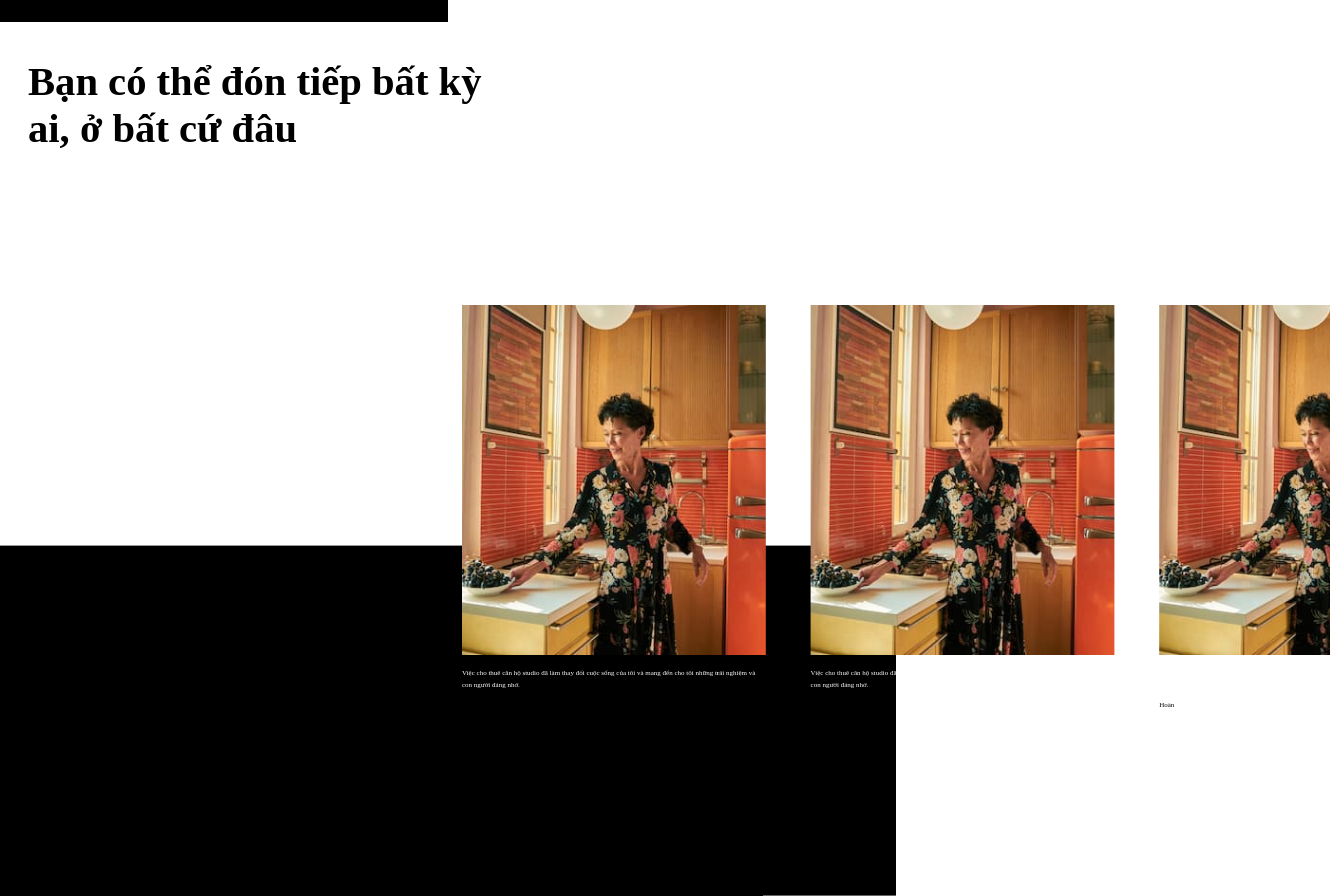
Repository: HoanTiny/AirbnbClone
Page: page3.html
An editor plug-in stored every save of this project. The page is shown before and after the next save, followed by the edit.
The browser window is 1280 px wide. The page is 1900 px wide, so the pictures cover 1900 px, including what lies to the right of the window. The pictures show the part of the page from y = 688 to 1968 px (the page is 1968 px tall), at 70% of full size.
Pictures or frames that could not be fetched are drawn as grey boxes.

Above is the page before, as saved 2021-09-13 11:26:02.

### page3.html
<!DOCTYPE html>
<html lang="en">
    <head>
        <meta charset="UTF-8" />
        <meta http-equiv="X-UA-Compatible" content="IE=edge" />
        <meta name="viewport" content="width=device-width, initial-scale=1.0" />
        <link rel="stylesheet" href="./acess/css/mainpage3.css" />
        <link rel="stylesheet" href="./acess/css/gird.css" />
        <link rel="stylesheet" href="./acess/css/base.css" />
        <link rel="stylesheet" href="./acess/css/reponsive.css" />
        <link
            rel="stylesheet"
            href="./acess/font/fontawesome-free-5.15.3-web/css/all.min.css"
        />
        <title>Cho thuê nhà</title>
    </head>
    <body>
        <div class="app-p3">
            <div class="banner">
                <div class="banner__left">
                    <div class="banner__left-img">
                        <svg
                            width="30"
                            height="32"
                            fill="currentcolor"
                            color="#fff"
                            style="display: block"
                        >
                            <path
                                d="M29.24 22.68c-.16-.39-.31-.8-.47-1.15l-.74-1.67-.03-.03c-2.2-4.8-4.55-9.68-7.04-14.48l-.1-.2c-.25-.47-.5-.99-.76-1.47-.32-.57-.63-1.18-1.14-1.76a5.3 5.3 0 00-8.2 0c-.47.58-.82 1.19-1.14 1.76-.25.52-.5 1.03-.76 1.5l-.1.2c-2.45 4.8-4.84 9.68-7.04 14.48l-.06.06c-.22.52-.48 1.06-.73 1.64-.16.35-.32.73-.48 1.15a6.8 6.8 0 007.2 9.23 8.38 8.38 0 003.18-1.1c1.3-.73 2.55-1.79 3.95-3.32 1.4 1.53 2.68 2.59 3.95 3.33A8.38 8.38 0 0022.75 32a6.79 6.79 0 006.75-5.83 5.94 5.94 0 00-.26-3.5zm-14.36 1.66c-1.72-2.2-2.84-4.22-3.22-5.95a5.2 5.2 0 01-.1-1.96c.07-.51.26-.96.52-1.34.6-.87 1.65-1.41 2.8-1.41a3.3 3.3 0 012.8 1.4c.26.4.45.84.51 1.35.1.58.06 1.25-.1 1.96-.38 1.7-1.5 3.74-3.21 5.95zm12.74 1.48a4.76 4.76 0 01-2.9 3.75c-.76.32-1.6.41-2.42.32-.8-.1-1.6-.36-2.42-.84a15.64 15.64 0 01-3.63-3.1c2.1-2.6 3.37-4.97 3.85-7.08.23-1 .26-1.9.16-2.73a5.53 5.53 0 00-.86-2.2 5.36 5.36 0 00-4.49-2.28c-1.85 0-3.5.86-4.5 2.27a5.18 5.18 0 00-.85 2.21c-.13.84-.1 1.77.16 2.73.48 2.11 1.78 4.51 3.85 7.1a14.33 14.33 0 01-3.63 3.12c-.83.48-1.62.73-2.42.83a4.76 4.76 0 01-5.32-4.07c-.1-.8-.03-1.6.29-2.5.1-.32.25-.64.41-1.02.22-.52.48-1.06.73-1.6l.04-.07c2.16-4.77 4.52-9.64 6.97-14.41l.1-.2c.25-.48.5-.99.76-1.47.26-.51.54-1 .9-1.4a3.32 3.32 0 015.09 0c.35.4.64.89.9 1.4.25.48.5 1 .76 1.47l.1.2c2.44 4.77 4.8 9.64 7 14.41l.03.03c.26.52.48 1.1.73 1.6.16.39.32.7.42 1.03.19.9.29 1.7.19 2.5z"
                            ></path>
                        </svg>
                    </div>
                    <div class="banner__left-conttent">
                        <h1 class="banner__left-heading">
                            Đón tiếp khách làm nên linh hồn của Airbnb
                        </h1>
                        <button class="banner__left-btn">
                            Thử đón tiếp khách
                        </button>
                    </div>
                    <i class="fas fa-chevron-down banner__left-icon"></i>
                </div>
                <div class="banner-right">
                    <video
                        id="video"
                        src="./acess/img/Cho thuê nhà trên Airbnb.webm"
                        class="banner__right-video"
                        autoplay
                        crossorigin="anonymous"
                        playsinline
                        preload="auto"
                        aria-label="Chelsea, Chủ nhà ở Philadelphia, mỉm cười khi mở cửa. Soraya, Chủ nhà ở Mumbai, mỉm cười khi mở cửa trước cùng một người khác ở bên cạnh. Mohamed, Chủ nhà ở Johannesburg, mỉm cười khi mở cửa. Maria, Chủ nhà ở Mexico City, gật đầu mỉm cười khi mang cây đi."
                    ></video>
                </div>
            </div>
            <div class="content">
                <div class="content__heading">
                    <div class="grid wide">
                        <h2 class="content__heading-top">
                            Bạn có thể đón tiếp bất kỳ ai, ở bất cứ đâu
                        </h2>
                    </div>
                    <div class="grid wide">
                        <div class="content__home">
                            <div class="home__img">
                                <div class="home__img-home__product">
                                    <img src="./acess/img/home-p3.jpg" class="img content__home-img"></img>
                                </div>
                                <div class="home__img-home__product-text">
                                    <p class="home__img-text">Việc cho thuê căn hộ studio đã làm thay đổi cuộc sống của tôi và mang đến cho tôi những trải nghiệm và con người đáng nhớ.</p>
                                    <p class="home__img-text-e">Hoàn</p>
                                </div>
                            </div>
                            <div class="home__img">
                                <div class="home__img-home__product">
                                    <img src="./acess/img/home-p3.jpg" class="img content__home-img"></img>
                                </div>
                                <div class="home__img-home__product-text">
                                    <p class="home__img-text">Việc cho thuê căn hộ studio đã làm thay đổi cuộc sống của tôi và mang đến cho tôi những trải nghiệm và con người đáng nhớ.</p>
                                    <p class="home__img-text-e">Hoàn</p>
                                </div>
                            </div>
                            <div class="home__img">
                                <div class="home__img-product-img">
                                    <img src="./acess/img/home-p3.jpg" class="img content__home-img"></img>
                                </div>
                                <div class="home__img-product-text">
                                    <p class="home__img-text">Việc cho thuê căn hộ studio đã làm thay đổi cuộc sống của tôi và mang đến cho tôi những trải nghiệm và con người đáng nhớ.</p>
                                    <p class="home__img-text-end">Hoàn</p>
                                </div>
                            </div>
                            <div class="home__img">
                                <div class="home__img-home__product">
                                    <img src="./acess/img/home-p3.jpg" class="img content__home-img"></img>
                                </div>
                                <div class="home__img-home__product-text">
                                    <p class="home__img-text">Việc cho thuê căn hộ studio đã làm thay đổi cuộc sống của tôi và mang đến cho tôi những trải nghiệm và con người đáng nhớ.</p>
                                    <p class="home__img-text-e">Hoàn</p>
                                </div>
                            </div>
                        </div>
                    </div>
                </div>
                <div class="content__search"></div>
            </div>
        </div>
        <script>
            var videoPlayer = document.getElementById("video");
            // Auto play, half volume.
            videoPlayer.play();
            videoPlayer.volume = 0.5;

            // Play / pause.
            videoPlayer.addEventListener("click", function () {
                if (videoPlayer.paused == false) {
                    videoPlayer.pause();
                    videoPlayer.firstChild.nodeValue = "Play";
                } else {
                    videoPlayer.play();
                    videoPlayer.firstChild.nodeValue = "Pause";
                }
            });
        </script>
    </body>
</html>

### acess/css/mainpage3.css
body {
    margin: 0;
}

.banner {
    height: 100vh;
    display: flex;
    justify-content: center;
}
.banner__left {
    width: 50%;
    background-color: #000;
    position: relative;
}
.banner__left-img {
    padding: 24px;
}
.banner__left-conttent {
    display: flex;
    flex-direction: column;
    align-items: center;
    justify-content: center;
    position: absolute;
    top: 50%;
    left: 50%;
    transform: translate(-50%, -50%);
    width: fit-content;
}
.banner__left-heading {
    color: #fff;
    text-align: center;
    font-size: 6.8rem;
    line-height: 7rem;
    padding: 12px 24px;
    font-weight: 500;
}
.banner__left-btn {
    padding: 18px 32px;
    font-size: 1.8rem;
    border-radius: 12px;
    background-image: linear-gradient(
        to right,
        rgb(229, 29, 80),
        rgb(220, 14, 100)
    );
    color: var(--white-color);
    border: none;
    cursor: pointer;
}

.banner__left-icon {
    color: var(--white-color);
    position: absolute;
    bottom: 32px;
    font-size: 1.5rem;
    left: 50%;
    padding: 12px;
    margin-left: -12px;
    border-radius: 50%;
    cursor: pointer;
}

.banner__left-icon:hover {
    background-color: #999;
}

.banner-right {
    width: 50%;
}

.banner__right-video {
    object-fit: cover;
    object-position: center top;
    width: 100%;
    height: 100%;
}

.content__heading {
    position: relative;
    height: 700px;
}

.content__heading-top {
    margin-top: 48px;
    font-size: 5.8rem;
    line-height: 6.8rem;
    text-align: left;
    width: 60%;
}

.content__home {
    position: absolute;
    bottom: -35%;
    max-width: 100%;
    overflow-x: auto;
    flex-wrap: nowrap;
    display: flex;
    transform: translate(50%);
}

.content__home::-webkit-scrollbar {
    display: none;
}

.home__img {
    flex-shrink: 0;
    width: 35%;
    margin-right: 64px;
}

.home__img-text {
    color: var(--white-color);
}

.content__home-img {
    width: 100%;
    height: 100%;
    object-fit: cover;
}

.content__search {
    background-color: #000;
    height: 500px;
}

### acess/css/gird.css
.grid {
    width: 100%;
    display: block;
    padding: 0;
}

.grid.wide {
    max-width: 1200px;
    margin: 0 auto;
}

.row {
    display: flex;
    flex-wrap: wrap;
    margin-left: -8px;
    margin-right: -8px;
}

.row.no-gutters {
    margin-left: 0;
    margin-right: 0;
}

.col {
    padding-left: 12px;
    padding-right: 12px;
}

.row.no-gutters .col {
    padding-left: 0;
    padding-right: 0;
}

.c-0 {
    display: none;
}

.c-1 {
    flex: 0 0 8.33333%;
    max-width: 8.33333%;
}

.c-2 {
    flex: 0 0 16.66667%;
    max-width: 16.66667%;
}

.c-3 {
    flex: 0 0 25%;
    max-width: 25%;
}

.c-4 {
    flex: 0 0 33.33333%;
    max-width: 33.33333%;
}

.c-5 {
    flex: 0 0 41.66667%;
    max-width: 41.66667%;
}

.c-6 {
    flex: 0 0 50%;
    max-width: 50%;
}

.c-7 {
    flex: 0 0 58.33333%;
    max-width: 58.33333%;
}

.c-8 {
    flex: 0 0 66.66667%;
    max-width: 66.66667%;
}

.c-9 {
    flex: 0 0 75%;
    max-width: 75%;
}

.c-10 {
    flex: 0 0 83.33333%;
    max-width: 83.33333%;
}

.c-11 {
    flex: 0 0 91.66667%;
    max-width: 91.66667%;
}

.c-12 {
    flex: 0 0 100%;
    max-width: 100%;
}

.c-o-1 {
    margin-left: 8.33333%;
}

.c-o-2 {
    margin-left: 16.66667%;
}

.c-o-3 {
    margin-left: 25%;
}

.c-o-4 {
    margin-left: 33.33333%;
}

.c-o-5 {
    margin-left: 41.66667%;
}

.c-o-6 {
    margin-left: 50%;
}

.c-o-7 {
    margin-left: 58.33333%;
}

.c-o-8 {
    margin-left: 66.66667%;
}

.c-o-9 {
    margin-left: 75%;
}

.c-o-10 {
    margin-left: 83.33333%;
}

.c-o-11 {
    margin-left: 91.66667%;
}

/* >= Tablet */
@media (min-width: 740px) {
    .row {
        margin-left: -4px;
        margin-right: -4px;
    }

    .col {
        padding-left: 4px;
        padding-right: 4px;
    }

    .m-0 {
        display: none;
    }

    .m-1,
    .m-2,
    .m-3,
    .m-4,
    .m-5,
    .m-6,
    .m-7,
    .m-8,
    .m-9,
    .m-10,
    .m-11,
    .m-12 {
        display: block;
    }

    .m-1 {
        flex: 0 0 8.33333%;
        max-width: 8.33333%;
    }

    .m-2 {
        flex: 0 0 16.66667%;
        max-width: 16.66667%;
    }

    .m-3 {
        flex: 0 0 25%;
        max-width: 25%;
    }

    .m-4 {
        flex: 0 0 33.33333%;
        max-width: 33.33333%;
    }

    .m-5 {
        flex: 0 0 41.66667%;
        max-width: 41.66667%;
    }

    .m-6 {
        flex: 0 0 50%;
        max-width: 50%;
    }

    .m-7 {
        flex: 0 0 58.33333%;
        max-width: 58.33333%;
    }

    .m-8 {
        flex: 0 0 66.66667%;
        max-width: 66.66667%;
    }

    .m-9 {
        flex: 0 0 75%;
        max-width: 75%;
    }

    .m-10 {
        flex: 0 0 83.33333%;
        max-width: 83.33333%;
    }

    .m-11 {
        flex: 0 0 91.66667%;
        max-width: 91.66667%;
    }

    .m-12 {
        flex: 0 0 100%;
        max-width: 100%;
    }

    .m-o-1 {
        margin-left: 8.33333%;
    }

    .m-o-2 {
        margin-left: 16.66667%;
    }

    .m-o-3 {
        margin-left: 25%;
    }

    .m-o-4 {
        margin-left: 33.33333%;
    }

    .m-o-5 {
        margin-left: 41.66667%;
    }

    .m-o-6 {
        margin-left: 50%;
    }

    .m-o-7 {
        margin-left: 58.33333%;
    }

    .m-o-8 {
        margin-left: 66.66667%;
    }

    .m-o-9 {
        margin-left: 75%;
    }

    .m-o-10 {
        margin-left: 83.33333%;
    }

    .m-o-11 {
        margin-left: 91.66667%;
    }
}

/* PC medium resolution > */
@media (min-width: 1113px) {
    .row {
        margin-left: -12px;
        margin-right: -12px;
    }

    .row.sm-gutter {
        margin-left: -5px;
        margin-right: -5px;
    }

    .col {
        padding-left: 12px;
        padding-right: 12px;
    }

    .row.sm-gutter .col {
        padding-left: 5px;
        padding-right: 5px;
    }

    .l-0 {
        display: none;
    }

    .l-1,
    .l-2,
    .l-2-4,
    .l-3,
    .l-4,
    .l-5,
    .l-6,
    .l-7,
    .l-8,
    .l-9,
    .l-10,
    .l-11,
    .l-12 {
        display: block;
    }

    .l-1 {
        flex: 0 0 8.33333%;
        max-width: 8.33333%;
    }

    .l-2 {
        flex: 0 0 16.66667%;
        max-width: 16.66667%;
    }

    .l-2-4 {
        flex: 0 0 20%;
        max-width: 20%;
    }

    .l-3 {
        flex: 0 0 25%;
        max-width: 25%;
    }

    .l-4 {
        flex: 0 0 33.33333%;
        max-width: 33.33333%;
    }

    .l-5 {
        flex: 0 0 41.66667%;
        max-width: 41.66667%;
    }

    .l-6 {
        flex: 0 0 50%;
        max-width: 50%;
    }

    .l-7 {
        flex: 0 0 58.33333%;
        max-width: 58.33333%;
    }

    .l-8 {
        flex: 0 0 66.66667%;
        max-width: 66.66667%;
    }

    .l-9 {
        flex: 0 0 75%;
        max-width: 75%;
    }

    .l-10 {
        flex: 0 0 83.33333%;
        max-width: 83.33333%;
    }

    .l-11 {
        flex: 0 0 91.66667%;
        max-width: 91.66667%;
    }

    .l-12 {
        flex: 0 0 100%;
        max-width: 100%;
    }

    .l-o-1 {
        margin-left: 8.33333%;
    }

    .l-o-2 {
        margin-left: 16.66667%;
    }

    .l-o-3 {
        margin-left: 25%;
    }

    .l-o-4 {
        margin-left: 33.33333%;
    }

    .l-o-5 {
        margin-left: 41.66667%;
    }

    .l-o-6 {
        margin-left: 50%;
    }

    .l-o-7 {
        margin-left: 58.33333%;
    }

    .l-o-8 {
        margin-left: 66.66667%;
    }

    .l-o-9 {
        margin-left: 75%;
    }

    .l-o-10 {
        margin-left: 83.33333%;
    }

    .l-o-11 {
        margin-left: 91.66667%;
    }
}

/* Tablet - PC low resolution */
@media (min-width: 740px) and (max-width: 1023px) {
    .wide {
        width: 644px;
    }
}

/* > PC low resolution */
@media (min-width: 1024px) and (max-width: 1239px) {
    .wide {
        width: 984px;
    }

    .wide .row {
        margin-left: -12px;
        margin-right: -12px;
    }

    .wide .row.sm-gutter {
        margin-left: -5px;
        margin-right: -5px;
    }

    .wide .col {
        padding-left: 12px;
        padding-right: 12px;
    }

    .wide .row.sm-gutter .col {
        padding-left: 5px;
        padding-right: 5px;
    }

    .wide .l-0 {
        display: none;
    }

    .wide .l-1,
    .wide .l-2,
    .wide .l-2-4,
    .wide .l-3,
    .wide .l-4,
    .wide .l-5,
    .wide .l-6,
    .wide .l-7,
    .wide .l-8,
    .wide .l-9,
    .wide .l-10,
    .wide .l-11,
    .wide .l-12 {
        display: block;
    }

    .wide .l-1 {
        flex: 0 0 8.33333%;
        max-width: 8.33333%;
    }

    .wide .l-2 {
        flex: 0 0 16.66667%;
        max-width: 16.66667%;
    }

    .wide .l-2-4 {
        flex: 0 0 20%;
        max-width: 20%;
    }

    .wide .l-3 {
        flex: 0 0 25%;
        max-width: 25%;
    }

    .wide .l-4 {
        flex: 0 0 33.33333%;
        max-width: 33.33333%;
    }

    .wide .l-5 {
        flex: 0 0 41.66667%;
        max-width: 41.66667%;
    }

    .wide .l-6 {
        flex: 0 0 50%;
        max-width: 50%;
    }

    .wide .l-7 {
        flex: 0 0 58.33333%;
        max-width: 58.33333%;
    }

    .wide .l-8 {
        flex: 0 0 66.66667%;
        max-width: 66.66667%;
    }

    .wide .l-9 {
        flex: 0 0 75%;
        max-width: 75%;
    }

    .wide .l-10 {
        flex: 0 0 83.33333%;
        max-width: 83.33333%;
    }

    .wide .l-11 {
        flex: 0 0 91.66667%;
        max-width: 91.66667%;
    }

    .wide .l-12 {
        flex: 0 0 100%;
        max-width: 100%;
    }

    .wide .l-o-1 {
        margin-left: 8.33333%;
    }

    .wide .l-o-2 {
        margin-left: 16.66667%;
    }

    .wide .l-o-3 {
        margin-left: 25%;
    }

    .wide .l-o-4 {
        margin-left: 33.33333%;
    }

    .wide .l-o-5 {
        margin-left: 41.66667%;
    }

    .wide .l-o-6 {
        margin-left: 50%;
    }

    .wide .l-o-7 {
        margin-left: 58.33333%;
    }

    .wide .l-o-8 {
        margin-left: 66.66667%;
    }

    .wide .l-o-9 {
        margin-left: 75%;
    }

    .wide .l-o-10 {
        margin-left: 83.33333%;
    }

    .wide .l-o-11 {
        margin-left: 91.66667%;
    }
}

### acess/css/base.css
:root {
    --white-color:#fff;
    --black-color: #000;
    --text-color: #333;
}

* {
    box-sizing: inherit;
}

html {
    /* font-family: Circular, -apple-system, BlinkMacSystemFont, Roboto, "Helvetica Neue", sans-serif; */
    font-family: 'Font Awesome 5 Free';
    box-sizing: border-box;
    font-size: 62.5%;
    line-height: 1.8rem;
}

### acess/css/reponsive.css
@media (min-width: 723px) and (max-width: 1023px) {
    .hold-on-mobile-tablet {
        display: none;
    }
    .background {
        background-position: unset;
    }

    .header__nav-list-tablet {
        display: flex;
    }

    .search {
        margin: 0;
    }

    .search__item:first-of-type {
        padding-left: 32px;
    }

    .search__item {
        margin: 0;
        padding: 12px;
    }

    .home__product-tablet {
        height: 140px;
        overflow: hidden;
        display: -webkit-box;
        -webkit-line-clamp: 2;
    }

    .home__category-tablet {
        display: flex;
        max-width: 100%;
        overflow-x: auto;
        flex-wrap: nowrap;
    }

    .home__category-tablet::-webkit-scrollbar {
        display: none;
    }

    .home__category-item-tablet {
        width: 33.3333%;
        flex-shrink: 0;
    }

    .footer-end {
        flex-direction: column-reverse;
    }

    .footer__end-social-list{
        display: flex;
        justify-content: center;
    }

    .footer__end-copyright-list{
        flex-wrap: wrap;
        justify-content: center;
    }

    .footer__end-copyright__item:first-of-type {
        width: 100%;
        text-align: center;
        margin-bottom: 4px;
    }

    .header__nav-scrollba-btn {
        margin-left: auto;
    }

}

@media (max-width: 723px)
{
    .hold-on-mobile {
        display: none;
    }

    .search {
        display: none;
    }
    .header__nav {
        display: none;
    }

    .header__mobile{
        display: flex;
    }

    .footer {
        text-align: center;
    }

    .home__category-tablet {
        display: flex;
        max-width: 100%;
        overflow-x: auto;
        flex-wrap: nowrap;
    }

    .home__category-tablet::-webkit-scrollbar {
        display: none;
    }

    .home__category-item-tablet {
        width: 33.3333%;
        flex-shrink: 0;
    }

    #header__nav-scrollbar {
        display: none;
    }

    .header__mobile {
        position: fixed;
        top: 0px;
        left: 0;
        right: 0;
        z-index: 12;
        align-items: center;
    }

    .header__mobile-btn {
        border: none;
        background-color: rgb(247, 247, 247);
        box-shadow: none;
        top: 20;
    }

    .web__content-heading {
        font-size: 2.2rem;
        line-height: 2.6rem;
    }

    .home__category-next {
        display: none;
    }

    .home__category-return--active {
        display: none;
    }

    .home__experience-mobile {
        display: flex;
        max-width: 100%;
        overflow-x: auto;
        flex-wrap: nowrap;
    }

    .home__experience-mobile::-webkit-scrollbar {
        display: none;
    }

    .home__experience-mobile-item {
        width: 75%;
        flex-shrink: 0;
    }

    path {
        display: none;
    }
    .search-where {
        display: block;
        position: revert;
    }

    .search-where-icon {
        display: none;
    }

    /* Page 2 */

    .home-place__item-img {
        height: 345px;
    }

    .menu-list__item {
        border: none;
    }

    .header-page2 {
        border-bottom: none;
    }

    .header__mobile-page2 {
        display: block;
    }

    .home-place {
        margin-top: 115px;
    }

}

Loaded but not shown: acess/font/fontawesome-free-5.15.3-web/css/all.min.css (library)

After the next save:
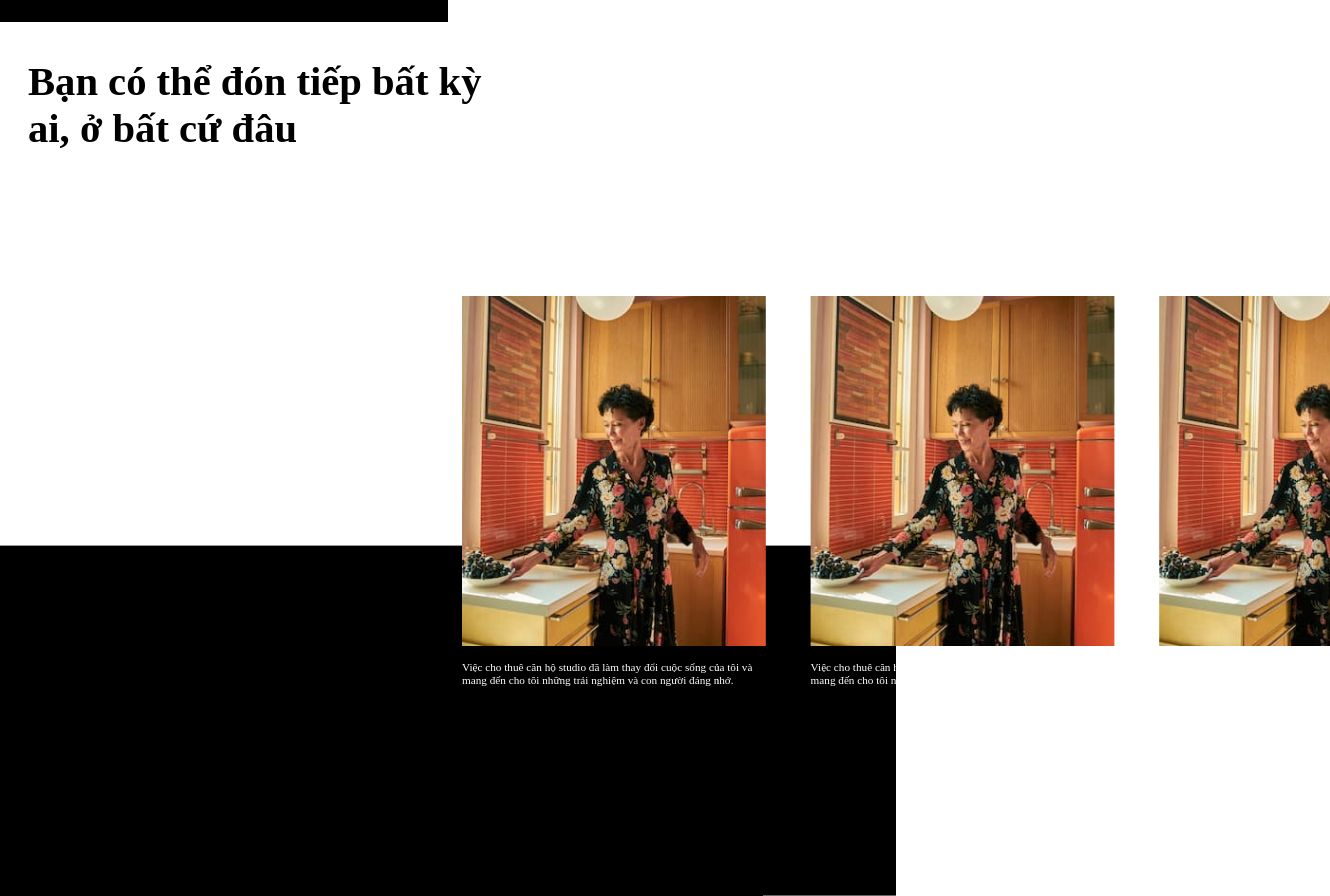
Saved 41 s later.
--- a/acess/css/mainpage3.css
+++ b/acess/css/mainpage3.css
@@ -110,6 +110,14 @@ body {
 
 .home__img-text {
     color: var(--white-color);
+    font-size: 1.6rem;
+}
+
+.home__img-product-text {
+}
+
+.home__img-text-end {
+    color: var(--white-color);
 }
 
 .content__home-img {
